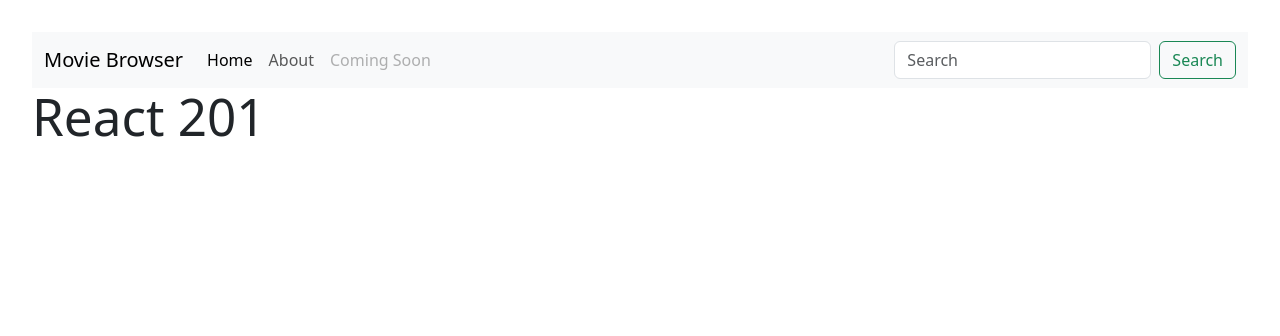
Repository: blordeus/movie-search-browser
Page: / (app in movie-browser/)
The author's editor kept a copy of each file at every save. The page is drawn from the files as they stood at one save, then again after a run of saves.
The browser window is 1280 px wide. The pictures show the whole page.
The project was rebuilt for these pictures with package versions that can differ from the ones it lists, and the page was loaded fresh each time. Also part of the build but not shown: movie-browser/vite.config.js, movie-browser/src/components/About.jsx.

Above is the page before, as saved 2023-09-03 15:05:15.

After the next 2 saves:
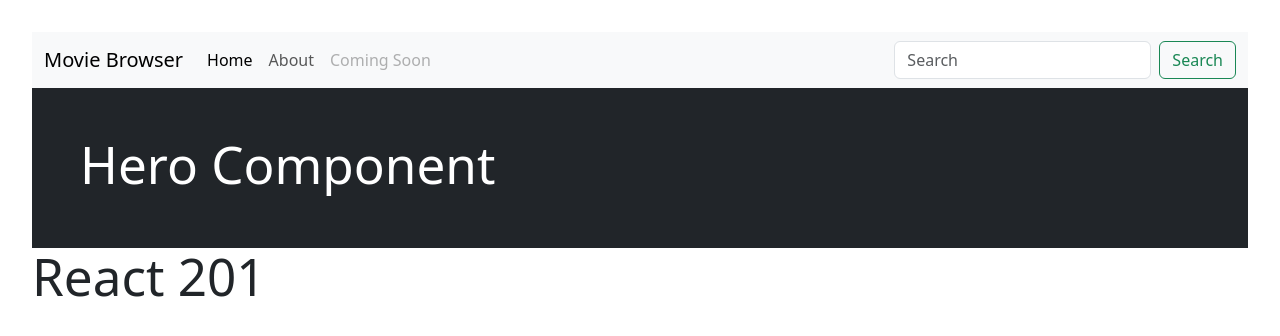
The 2 saves are shown as one change because they came seconds apart.
The last was saved 9 s later.
--- a/movie-browser/src/App.jsx
+++ b/movie-browser/src/App.jsx
@@ -10,6 +10,7 @@
   return (
     <>
       <NavBar/>
+      <Hero/>
       <Routes>
         <Route path='/' element={<Home/>}/>
         <Route path='/about' element={<About/>}/>

After the save that followed:
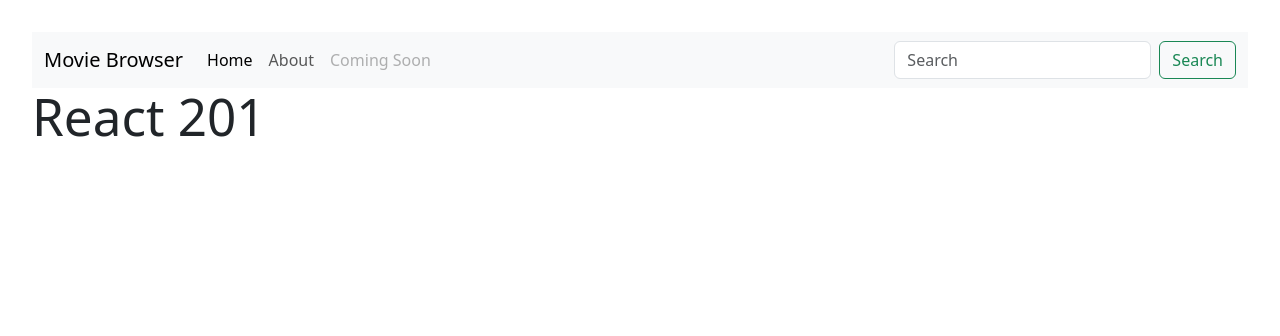
Saved 76 s later.
--- a/movie-browser/src/App.jsx
+++ b/movie-browser/src/App.jsx
@@ -10,7 +10,6 @@
   return (
     <>
       <NavBar/>
-      <Hero/>
       <Routes>
         <Route path='/' element={<Home/>}/>
         <Route path='/about' element={<About/>}/>
